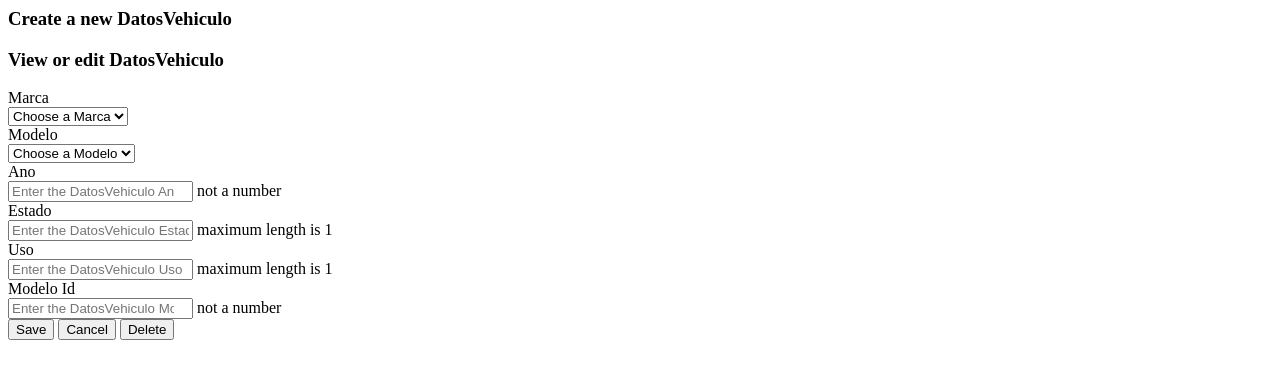
Repository: PabloRPalma/SistemaVentaSeguros
Page: Cotizador/src/main/webapp/views/DatosVehiculo/search.html
The author's editor kept a copy of each file at every save. The page is drawn from the files as they stood at one save, then again after the next save.
The browser window is 1280 px wide. The pictures show the whole page.

Above is the page before, as saved 2021-02-05 09:31:37.

After the next save:
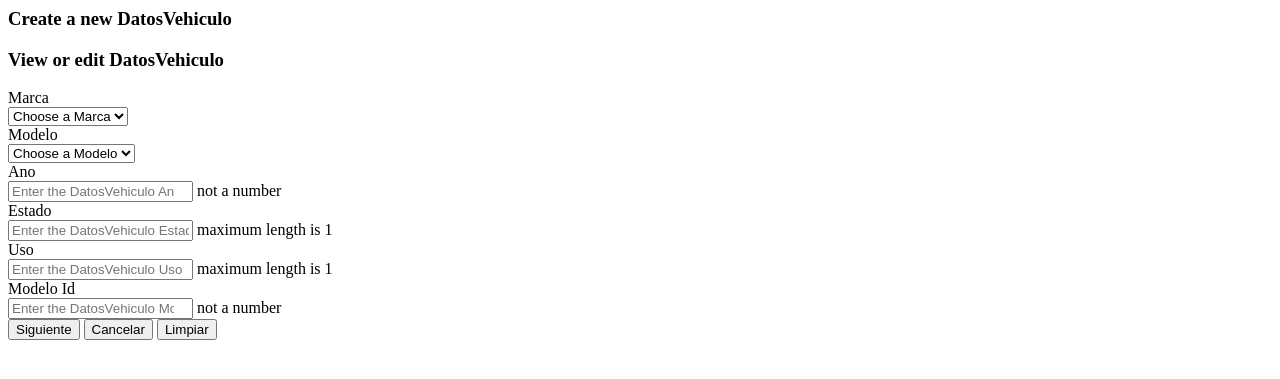
Saved 30 s later.
--- a/Cotizador/src/main/webapp/views/DatosVehiculo/search.html
+++ b/Cotizador/src/main/webapp/views/DatosVehiculo/search.html
@@ -57,9 +57,9 @@
 
     <div class="form-group">
         <div class="col-sm-offset-2 col-sm-10">
-            <button id="saveDatosVehiculo" name="saveDatosVehiculo" class="btn btn-primary" ng-disabled="isClean() || DatosVehiculoForm.$invalid" ng-click="save()"><span class="glyphicon glyphicon-ok-sign"></span> Save</button>
-            <button id="cancel" name="cancel" class="btn btn-default" ng-click="cancel()"><span class="glyphicon glyphicon-remove-sign"></span> Cancel</button>
-            <button id="deleteDatosVehiculo" name="deleteDatosVehiculo" class="btn btn-danger" ng-show="datosVehiculo.valorizacionId" ng-click="remove()"><span class="glyphicon glyphicon-trash"></span> Delete</button>
+            <button id="saveDatosVehiculo" name="saveDatosVehiculo" class="btn btn-primary" ng-disabled="isClean() || DatosVehiculoForm.$invalid" ng-click="save()"><span class="glyphicon glyphicon-ok-sign"></span> Siguiente</button>
+            <button id="cancel" name="cancel" class="btn btn-default" ng-click="cancel()"><span class="glyphicon glyphicon-remove-sign"></span> Cancelar</button>
+            <button id="deleteDatosVehiculo" name="deleteDatosVehiculo" class="btn btn-danger" ng-show="datosVehiculo.valorizacionId" ng-click="remove()"><span class="glyphicon glyphicon-trash"></span> Limpiar</button>
         </div>
     </div>
 </form>
